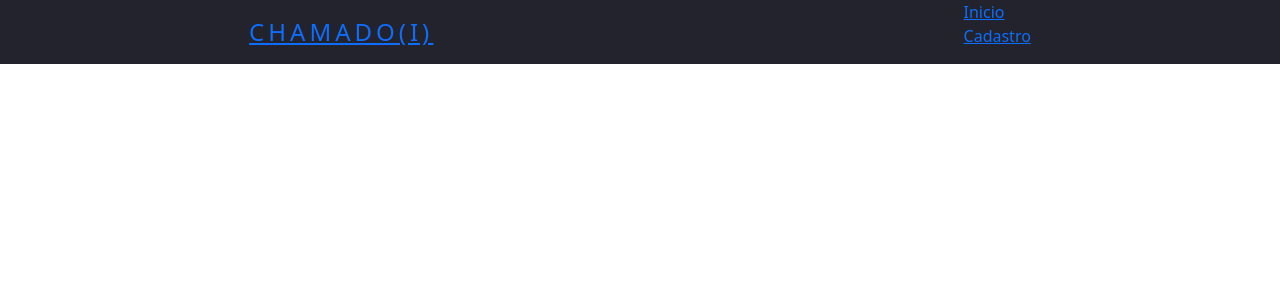
Repository: isaquemc2001/isaque-utilities
Page: index.html
The author's editor kept a copy of each file at every save. The page is drawn from the files as they stood at one save, then again after the next save.
The browser window is 1280 px wide. The pictures show the whole page.

Above is the page before, as saved 2021-10-28 09:01:23.

### index.html
<!DOCTYPE html>
<html lang="pt-br">

<head>
    <meta charset="UTF-8">
    <meta http-equiv="X-UA-Compatible" content="IE=edge">
    <meta name="viewport" content="width=device-width, initial-scale=1.0">
    <title>Chamado</title>

    <link rel="stylesheet" href="style.css">
    <link href="https://cdn.jsdelivr.net/npm/bootstrap@5.0.2/dist/css/bootstrap.min.css" rel="stylesheet"
        integrity="sha384-EVSTQN3/azprG1Anm3QDgpJLIm9Nao0Yz1ztcQTwFspd3yD65VohhpuuCOmLASjC" crossorigin="anonymous">
    <script src="https://cdn.jsdelivr.net/npm/bootstrap@5.0.2/dist/js/bootstrap.bundle.min.js"
        integrity="sha384-MrcW6ZMFYlzcLA8Nl+NtUVF0sA7MsXsP1UyJoMp4YLEuNSfAP+JcXn/tWtIaxVXM"
        crossorigin="anonymous"></script>
</head>

<body>

    <header>
        <nav>
            <a class="logo" href="#">Chamado(i)</a>
            <ul class="nav-list">
                <li><a href="#">Inicio</a></li>
                <li><a href="#">Cadastro</a></li>
            </ul>
        </nav>
    </header>

</body>

</html>

### style.css
*{
    margin: 0;
    padding: 0;
}

a {
    color: white;
    text-decoration: none;
    transition: 0.3s;
}

a:hover{
    opacity: 0.7;
}

.logo{
    font-size: 24px;
    text-transform: uppercase;
    letter-spacing: 4px;
}

nav{
    display: flex;
    justify-content: space-around;
    align-items: center;
    font-family: system-ui, -apple-system, Helvetica, Arial, sans-serif;
    background: #23232e;
}

After the next save:
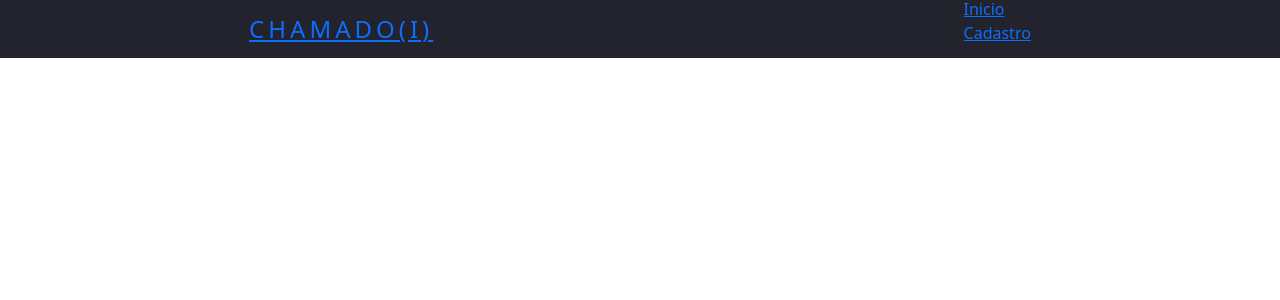
Saved 26 s later.
--- a/style.css
+++ b/style.css
@@ -25,4 +25,5 @@ nav{
     align-items: center;
     font-family: system-ui, -apple-system, Helvetica, Arial, sans-serif;
     background: #23232e;
+    height: 8vh;
 }
